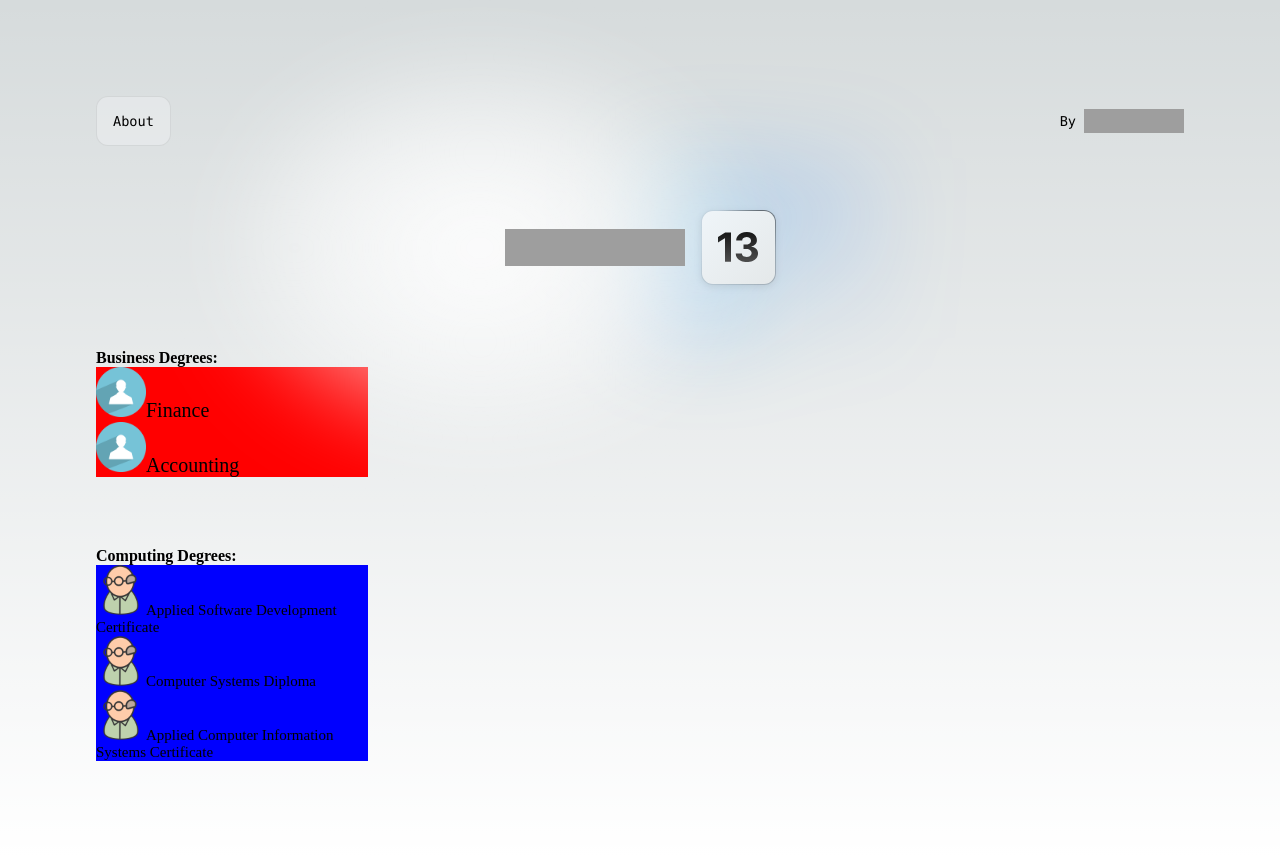
Repository: anikagrewal/week3example
Page: /
An editor plug-in stored every save of this project. The page is shown before and after the next save, followed by the edit.
The browser window is 1280 px wide. The pictures show the whole page.
Pictures or frames that could not be fetched are drawn as grey boxes. The project was rebuilt for these pictures with package versions that can differ from the ones it lists, and the page was loaded fresh each time. The framework's server and built-in components were replaced by stand-ins that run in the browser. Also part of the build but not shown: next.config.js.

Above is the page before, as saved 2023-01-18 12:50:39.

After the next save:
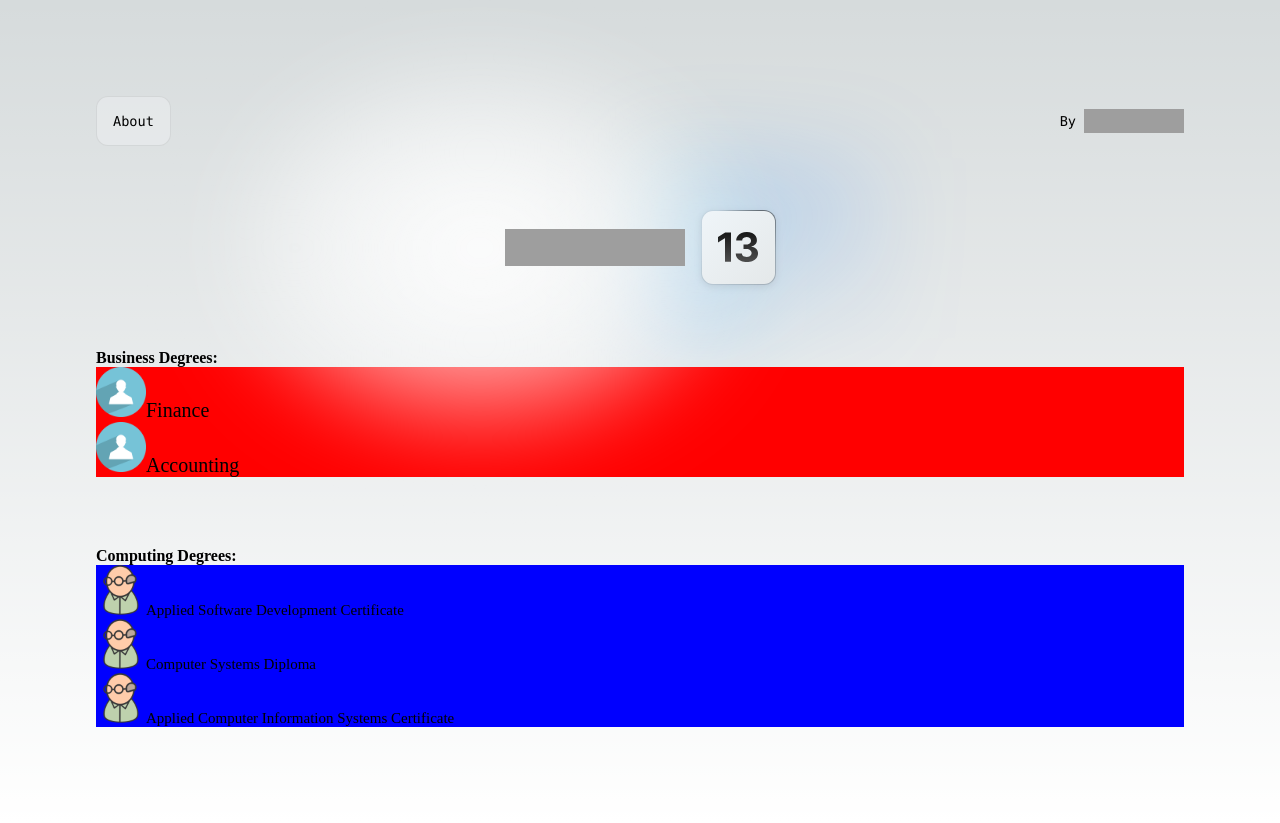
Saved 28 s later.
--- a/styles/Home.module.css
+++ b/styles/Home.module.css
@@ -41,7 +41,7 @@
 
 .grid {
   display: grid;
-  grid-template-columns: repeat(4, minmax(25%, auto));
+
   width: var(--max-width);
   max-width: 100%;
 }
